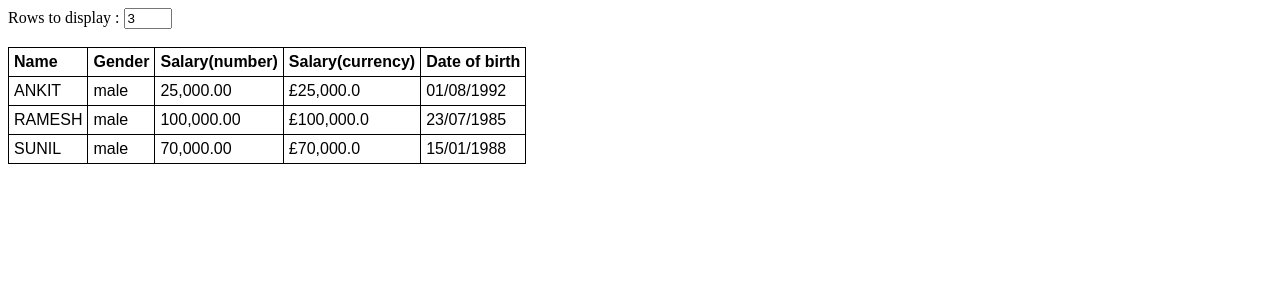
Repository: ammoreloaded/WebProjectFirst
Page: homework/WebProjectFirst/web/filterDemo.html
An editor plug-in stored every save of this project. The page is shown before and after the next save, followed by the edit.
The browser window is 1280 px wide. The pictures show the whole page.

Above is the page before, as saved 2016-05-19 15:22:12.

After the next save:
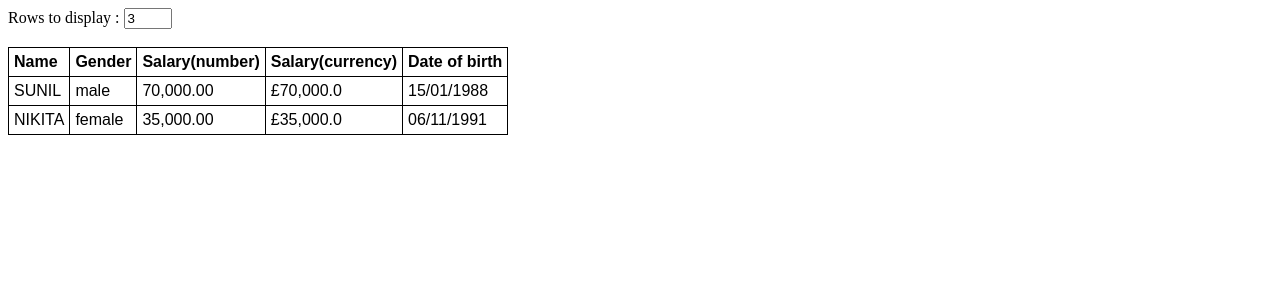
Saved 92 s later.
--- a/homework/WebProjectFirst/web/filterDemo.html
+++ b/homework/WebProjectFirst/web/filterDemo.html
@@ -19,7 +19,7 @@
 				</tr>
 			</thead>
 			<tbody>
-				<tr ng-repeat="employee in employees | limitTo : 3">
+				<tr ng-repeat="employee in employees | limitTo : 3 : 2">
 					<td>{{ employee.name | uppercase}}</td>
 					<td>{{ employee.gender | lowercase }}</td>
 					<td>{{ employee.salary | number : 2 }}</td>
